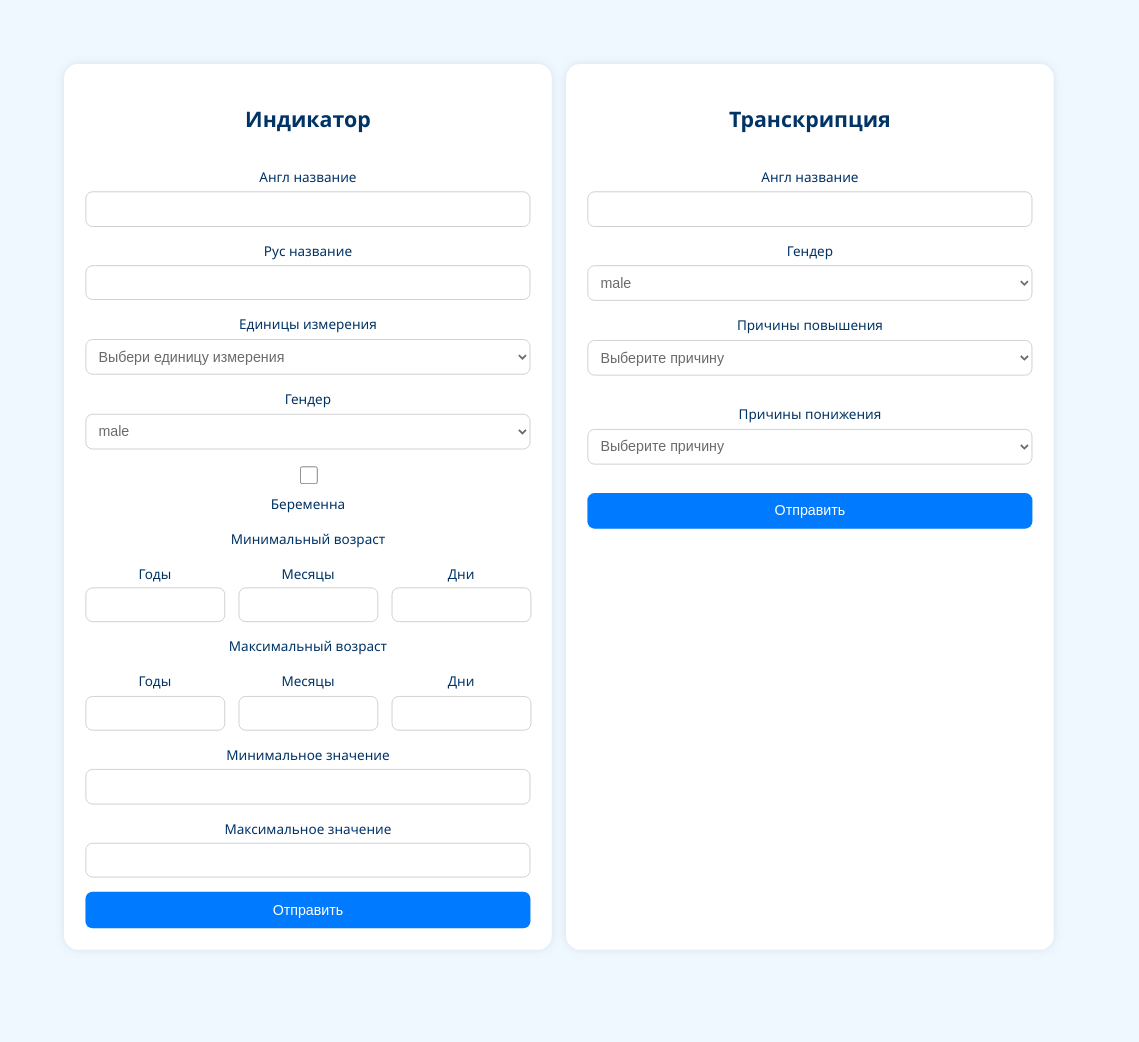
Repository: GGlebux/Transay
Page: / (app in frontend/)
These files come from the project's save history. The page is drawn as it stood at one moment and after the next save; the edit follows.
The browser window is 1280 px wide. The pictures show the whole page, at 89% of full size.
The page's requests for data from a server got no answer. The project was rebuilt for these pictures with package versions that can differ from the ones it lists, and the page was loaded fresh each time. No one was signed in, and anything a server would have sent is missing. Also part of the build but not shown: frontend/vite.config.ts.

Above is the page before, as saved 2025-08-04 17:49:44.

### frontend/src/index.css
:root {
  font-family: system-ui, Avenir, Helvetica, Arial, sans-serif;
  line-height: 1.5;
  font-weight: 400;
  background-color: #f0f8ff;
  background: #f0f8ff;
  color-scheme: light dark;
  color: rgba(255, 255, 255, 0.87);


  font-synthesis: none;
  text-rendering: optimizeLegibility;
  -webkit-font-smoothing: antialiased;
  -moz-osx-font-smoothing: grayscale;
}

input, select {
  background: #ffffff;
  color: rgb(105, 107, 107);
}

### frontend/src/App.tsx
import './styles/forms.css';
import IndicatorForm from './components/IndicatorForm';
import TranscriptForm from './components/TranscriptForm';

function App() {
  return (
    <div className="container">
      <IndicatorForm />
      <TranscriptForm />
    </div>
  );
}

export default App;

### frontend/src/styles/forms.css
#root {
  max-width: 1280px;
  margin: 0 auto;
  padding: 2rem;
  text-align: center;
  background-color: #f0f8ff;
}

.form-label {
  display: flex;
  flex-direction: column;
  font-weight: 500;
  color: #003366;
  font-size: 0.95rem;
  gap: 0.3rem;
}


.container {
  display: flex;
  gap: 1rem;
  padding: 2rem;
  background-color: #f0f8ff;
  color: #003366;
  font-family: 'Segoe UI', sans-serif;
}

h1 {
  text-align: center;
  margin-bottom: 2rem;
}

.form-card {
  background: white;
  width: 500px;
  padding: 1.5rem;
  border-radius: 1rem;
  box-shadow: 0 0 12px rgba(0, 51, 102, 0.1);
  margin-bottom: 2rem;
  display: flex;
  flex-direction: column;
  gap: 1rem;
}

input,
select {
  padding: 0.6rem;
  border: 1px solid #ccc;
  border-radius: 8px;
  font-size: 1rem;
}

button {
  background-color: #007bff;
  color: white;
  border: none;
  padding: 0.7rem 1.5rem;
  font-size: 1rem;
  border-radius: 8px;
  cursor: pointer;
  transition: background 0.3s ease;
}

button:hover {
  background-color: #0056b3;
}

.age-row {
  display: inline-flex;
  min-width: 500px;
  gap: 1rem;
}

.age-row input {
  width: 87%;
}

.checkbox {
  display: flex;
  align-items: center;
  gap: 0.5rem;
}

.checkbox input {
  width: 20px;
  height: 20px;
  background: #ffffff;
}

.tag-container {
  display: flex;
  flex-wrap: wrap;
  gap: 0.5rem;
}

.tag {
  background-color: #e6f0ff;
  border: 1px solid #007bff;

  color: #003366;
  padding: 0.4rem 0.8rem;
  border-radius: 20px;
  display: flex;
  align-items: center;
  gap: 0.5rem;
}

.tag button {
  background: none;
  padding: 0;
  margin-bottom: -5.5px;
    border: none;
  font-size: 1.2rem;
  color: #007bff;
  cursor: pointer;
}

### frontend/src/components/IndicatorForm.tsx
import { useState, useEffect } from 'react';
import axios from 'axios';

const genders = ['male', 'female', 'both'];

function IndicatorForm() {
  const [units, setUnits] = useState<string[]>([]);

  useEffect(() => {
    axios
      .get<string[]>('http://localhost:8080/indicators/units')
      .then((res) => setUnits(res.data))
      .catch((err) => console.error('Ошибка при получении units:', err));
  }, []);

  return (
    <form className="form-card">
      <h2>Индикатор</h2>

      <label className="form-label">
        Англ название
        <input type="text" />
      </label>

      <label className="form-label">
        Рус название
        <input type="text" />
      </label>

      <label className="form-label">
        Единицы измерения
        <select>
          <option>Выбери единицу измерения</option>
          {units.map((u) => (
            <option key={u}>{u}</option>
          ))}
        </select>
      </label>

      <label className="form-label">
        Гендер
        <select>
          {genders.map((g) => (
            <option key={g} value={g}>
              {g}
            </option>
          ))}
        </select>
      </label>

      <label className="form-label checkbox">
        <input type="checkbox" />
        Беременна
      </label>

      <label className="form-label">Минимальный возраст</label>
      <div className="age-row">
        <label className="form-label">Годы<input type="number" /></label>
        <label className="form-label">Месяцы<input type="number" /></label>
        <label className="form-label">Дни<input type="number" /></label>
      </div>

      <label className="form-label">Максимальный возраст</label>
      <div className="age-row">
        <label className="form-label">Годы<input type="number" /></label>
        <label className="form-label">Месяцы<input type="number" /></label>
        <label className="form-label">Дни<input type="number" /></label>
      </div>

      <label className="form-label">
        Минимальное значение
        <input type="number" step="0.0001" />
      </label>

      <label className="form-label">
        Максимальное значение
        <input type="number" step="0.0001" />
      </label>

      <button type="submit">Отправить</button>
    </form>
  );
}

export default IndicatorForm;

### frontend/src/components/TranscriptForm.tsx
import { useEffect, useState } from 'react';
import type { FormEvent } from 'react';
import axios from 'axios';

type Reason = { id: number; name: string };

const genders = ['male', 'female', 'both'];

function TranscriptForm() {
  const [allReasons, setAllReasons] = useState<Reason[]>([]);
  const [raiseReasons, setRaiseReasons] = useState<Reason[]>([]);
  const [lowerReasons, setLowerReasons] = useState<Reason[]>([]);
  const [name, setName] = useState<string>('');
  const [gender, setGender] = useState<string>('male');

  useEffect(() => {
    axios
      .get<Reason[]>('http://localhost:8080/reasons')
      .then((res) => setAllReasons(res.data.sort((a, b) => a.name.localeCompare(b.name))))
      .catch((err) => console.error('Ошибка при получении reasons:', err));
  }, []);

  const handleSelect = (type: 'raise' | 'lower', id: number) => {
    const reason = allReasons.find((r) => r.id === id);
    if (!reason) return;
    const list = type === 'raise' ? raiseReasons : lowerReasons;
    const set = type === 'raise' ? setRaiseReasons : setLowerReasons;
    if (!list.some((r) => r.id === id)) set([...list, reason]);
  };

  const handleRemove = (type: 'raise' | 'lower', id: number) => {
    const list = type === 'raise' ? raiseReasons : lowerReasons;
    const set = type === 'raise' ? setRaiseReasons : setLowerReasons;
    set(list.filter((r) => r.id !== id));
  };

  const onSubmit = (e: FormEvent) => {
    e.preventDefault();
    axios
      .post('http://localhost:8080/transcripts', {
        id: Date.now(), // или отдельный механизм
        name,
        gender,
        falls: lowerReasons,
        raises: raiseReasons,
      })
      .then(() => alert('Transcript sent'))
      .catch((err) => console.error('Ошибка отправки transcript:', err));
  };

  return (
    <form className="form-card" onSubmit={onSubmit}>
      <h2>Транскрипция</h2>

      <label className="form-label">
        Англ название
        <input type="text" value={name} onChange={(e) => setName(e.target.value)} required />
      </label>

      <label className="form-label">
        Гендер
        <select value={gender} onChange={(e) => setGender(e.target.value)}>
          {genders.map((g) => (
            <option key={g} value={g}>
              {g}
            </option>
          ))}
        </select>
      </label>

      <label className="form-label">
        Причины повышения
        <select onChange={(e) => handleSelect('raise', Number(e.target.value))} defaultValue="">
          <option value="">Выберите причину</option>
          {allReasons.map((r) => (
            <option key={r.id} value={r.id}>
              {r.name}
            </option>
          ))}
        </select>
      </label>
      <div className="tag-container">
        {raiseReasons.map((r) => (
          <span key={r.id} className="tag">
            {r.name}
            <button type="button" onClick={() => handleRemove('raise', r.id)}>
              ×
            </button>
          </span>
        ))}
      </div>

      <label className="form-label">
        Причины понижения
        <select onChange={(e) => handleSelect('lower', Number(e.target.value))} defaultValue="">
          <option value="">Выберите причину</option>
          {allReasons.map((r) => (
            <option key={r.id} value={r.id}>
              {r.name}
            </option>
          ))}
        </select>
      </label>
      <div className="tag-container">
        {lowerReasons.map((r) => (
          <span key={r.id} className="tag">
            {r.name}
            <button type="button" onClick={() => handleRemove('lower', r.id)}>
              ×
            </button>
          </span>
        ))}
      </div>

      <button type="submit">Отправить</button>
    </form>
  );
}

export default TranscriptForm;

Loaded but not shown: frontend/index.html (common file); frontend/src/main.tsx (common file)

After the next save:
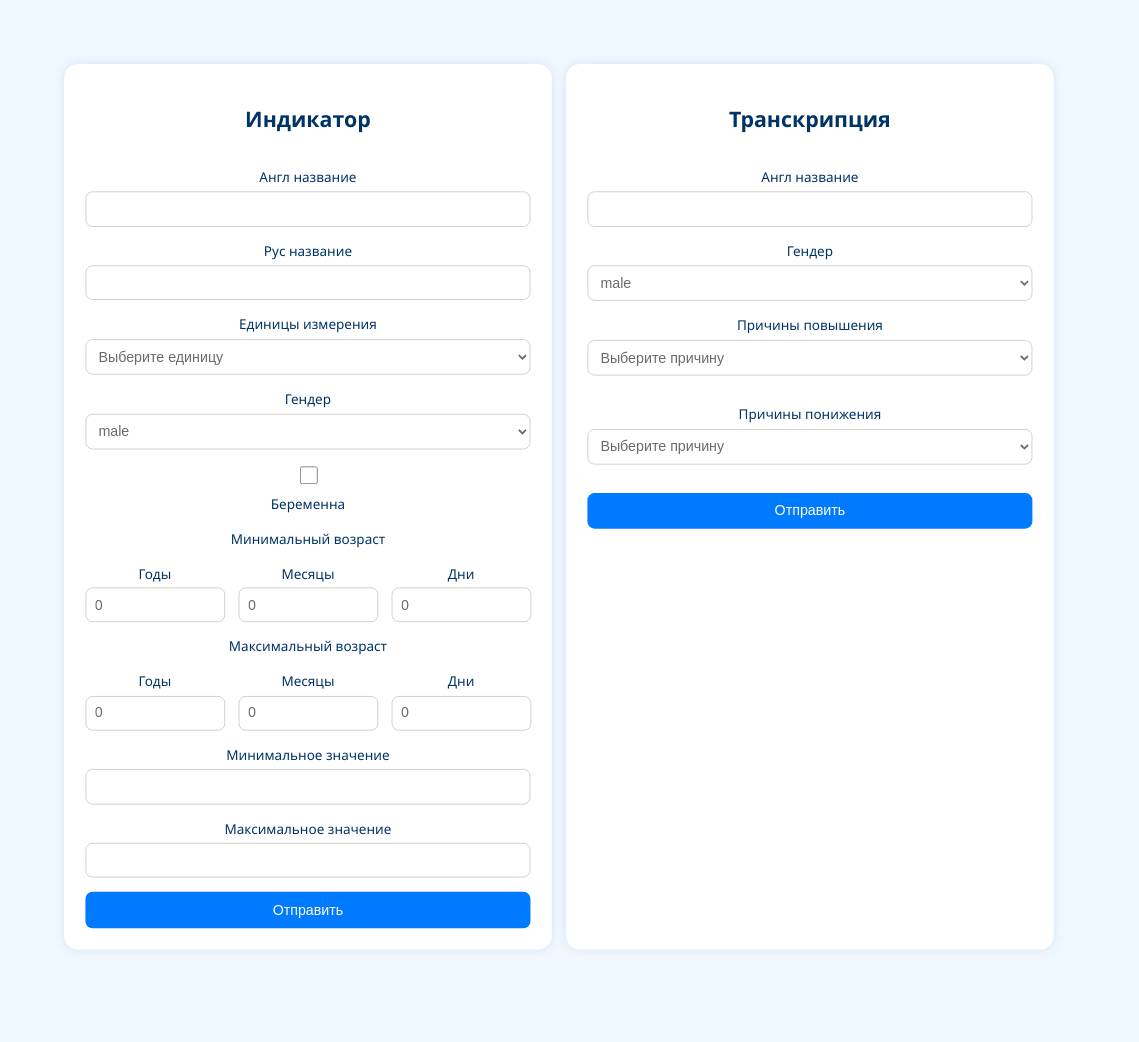
Saved 9 s later.
--- a/frontend/src/components/IndicatorForm.tsx
+++ b/frontend/src/components/IndicatorForm.tsx
@@ -1,45 +1,77 @@
-import { useState, useEffect } from 'react';
+import { useEffect, useState, FormEvent } from 'react';
 import axios from 'axios';
+
+type Units = string[];
 
 const genders = ['male', 'female', 'both'];
 
 function IndicatorForm() {
-  const [units, setUnits] = useState<string[]>([]);
+  const [units, setUnits] = useState<Units>([]);
+  const [engName, setEngName] = useState<string>('');
+  const [rusName, setRusName] = useState<string>('');
+  const [gender, setGender] = useState<string>('male');
+  const [gravid, setGravid] = useState<boolean>(false);
+  const [minAge, setMinAge] = useState({ years: 0, months: 0, days: 0 });
+  const [maxAge, setMaxAge] = useState({ years: 0, months: 0, days: 0 });
+  const [minValue, setMinValue] = useState<number | ''>('');
+  const [maxValue, setMaxValue] = useState<number | ''>('');
+  const [unit, setUnit] = useState<string>('');
 
   useEffect(() => {
     axios
-      .get<string[]>('http://localhost:8080/indicators/units')
-      .then((res) => setUnits(res.data))
+      .get<Units>('http://localhost:8080/indicators/units')
+      .then((res) => setUnits(res.data.sort()))
       .catch((err) => console.error('Ошибка при получении units:', err));
   }, []);
 
+  const onSubmit = (e: FormEvent) => {
+    e.preventDefault();
+    axios
+      .post('http://localhost:8080/indicators', {
+        id: Date.now(),
+        engName,
+        rusName,
+        gender,
+        minAge,
+        maxAge,
+        minValue: Number(minValue),
+        maxValue: Number(maxValue),
+        units: unit,
+        gravid,
+      })
+      .then(() => alert('Indicator sent'))
+      .catch((err) => console.error('Ошибка отправки indicator:', err));
+  };
+
   return (
-    <form className="form-card">
+    <form className="form-card" onSubmit={onSubmit}>
       <h2>Индикатор</h2>
 
       <label className="form-label">
         Англ название
-        <input type="text" />
+        <input type="text" value={engName} onChange={(e) => setEngName(e.target.value)} required />
       </label>
 
       <label className="form-label">
         Рус название
-        <input type="text" />
+        <input type="text" value={rusName} onChange={(e) => setRusName(e.target.value)} required />
       </label>
 
       <label className="form-label">
         Единицы измерения
-        <select>
-          <option>Выбери единицу измерения</option>
+        <select value={unit} onChange={(e) => setUnit(e.target.value)} required>
+          <option value="">Выберите единицу</option>
           {units.map((u) => (
-            <option key={u}>{u}</option>
+            <option key={u} value={u}>
+              {u}
+            </option>
           ))}
         </select>
       </label>
 
       <label className="form-label">
         Гендер
-        <select>
+        <select value={gender} onChange={(e) => setGender(e.target.value)}>
           {genders.map((g) => (
             <option key={g} value={g}>
               {g}
@@ -49,32 +81,32 @@ function IndicatorForm() {
       </label>
 
       <label className="form-label checkbox">
-        <input type="checkbox" />
+        <input type="checkbox" checked={gravid} onChange={(e) => setGravid(e.target.checked)} />
         Беременна
       </label>
 
       <label className="form-label">Минимальный возраст</label>
       <div className="age-row">
-        <label className="form-label">Годы<input type="number" /></label>
-        <label className="form-label">Месяцы<input type="number" /></label>
-        <label className="form-label">Дни<input type="number" /></label>
+        <label className="form-label">Годы<input type="number" value={minAge.years} onChange={(e) => setMinAge({ ...minAge, years: +e.target.value })} /></label>
+        <label className="form-label">Месяцы<input type="number" value={minAge.months} onChange={(e) => setMinAge({ ...minAge, months: +e.target.value })} /></label>
+        <label className="form-label">Дни<input type="number" value={minAge.days} onChange={(e) => setMinAge({ ...minAge, days: +e.target.value })} /></label>
       </div>
 
       <label className="form-label">Максимальный возраст</label>
       <div className="age-row">
-        <label className="form-label">Годы<input type="number" /></label>
-        <label className="form-label">Месяцы<input type="number" /></label>
-        <label className="form-label">Дни<input type="number" /></label>
+        <label className="form-label">Годы<input type="number" value={maxAge.years} onChange={(e) => setMaxAge({ ...maxAge, years: +e.target.value })} /></label>
+        <label className="form-label">Месяцы<input type="number" value={maxAge.months} onChange={(e) => setMaxAge({ ...maxAge, months: +e.target.value })} /></label>
+        <label className="form-label">Дни<input type="number" value={maxAge.days} onChange={(e) => setMaxAge({ ...maxAge, days: +e.target.value })} /></label>
       </div>
 
       <label className="form-label">
         Минимальное значение
-        <input type="number" step="0.0001" />
+        <input type="number" step="0.0001" value={minValue} onChange={(e) => setMinValue(e.target.value)} required />
       </label>
 
       <label className="form-label">
         Максимальное значение
-        <input type="number" step="0.0001" />
+        <input type="number" step="0.0001" value={maxValue} onChange={(e) => setMaxValue(e.target.value)} required />
       </label>
 
       <button type="submit">Отправить</button>
